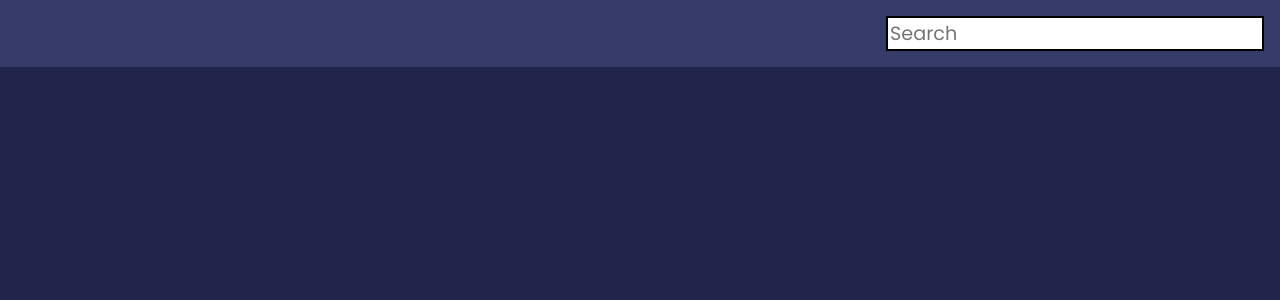
Repository: Joaquim707/React
Page: /
These files come from the project's save history. The page is drawn as it stood at one moment and after the next save; the edit follows.
The browser window is 1280 px wide. The pictures show the whole page.
The page's requests for data from a server got no answer. The project was rebuilt for these pictures with package versions that can differ from the ones it lists, and the page was loaded fresh each time. No one was signed in, and anything a server would have sent is missing. Also part of the build but not shown: vite.config.js, src/App.css, src/components/Movie.jsx.

Above is the page before, as saved 2025-02-18 23:22:14.

After the next save:
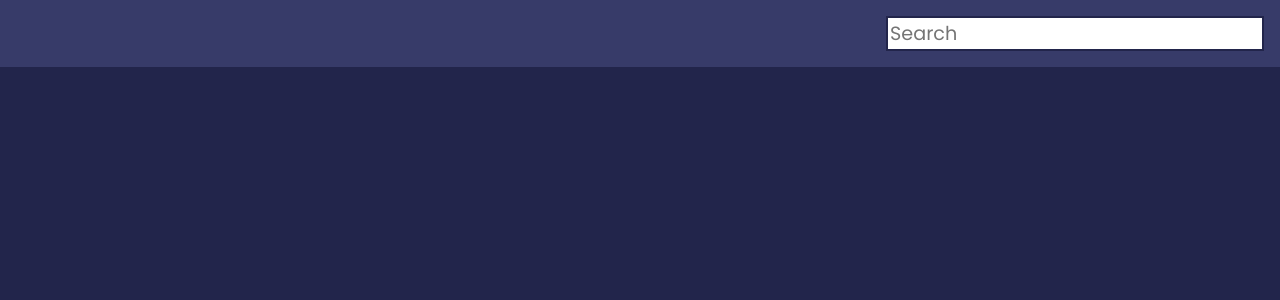
Saved 13 s later.
--- a/src/index.css
+++ b/src/index.css
@@ -26,7 +26,7 @@ header{
 .search{
   font-family: inherit;
   font-size: 1.2rem;
-  border: 2px solid ;
+  border: 2px solid #22254b;
 }
 
 .movie-container{
